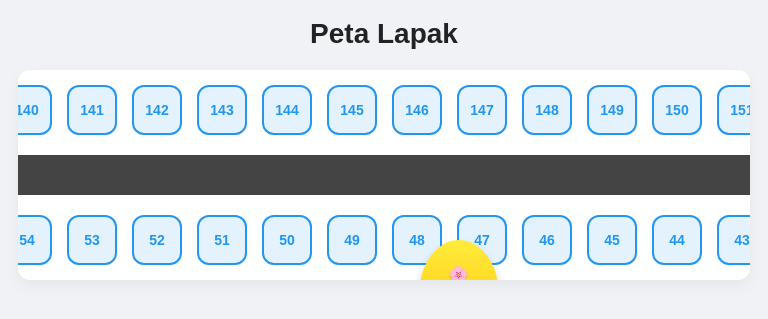
Repository: pasarrakyatbak/denah
Page: index.html
These files come from the project's save history. The page is drawn as it stood at one moment and after the next save; the edit follows.
The browser window is 768 px wide. The pictures show the whole page.

Above is the page before, as saved 2025-09-19 08:48:58.

After the next save:
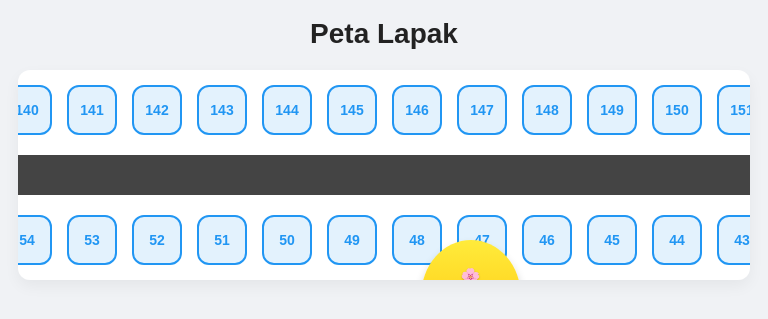
Saved 5 s later.
--- a/style.css
+++ b/style.css
@@ -157,14 +157,6 @@ h1 {
         height: 38px;
         font-size: 13px;
     }
-
-    .gapura .tiang {
-        width: 18px;
-    }
-
-    .gapura .atap {
-        padding: 10px 40px;
-    }
 }
 
 @media(max-width:480px) {
